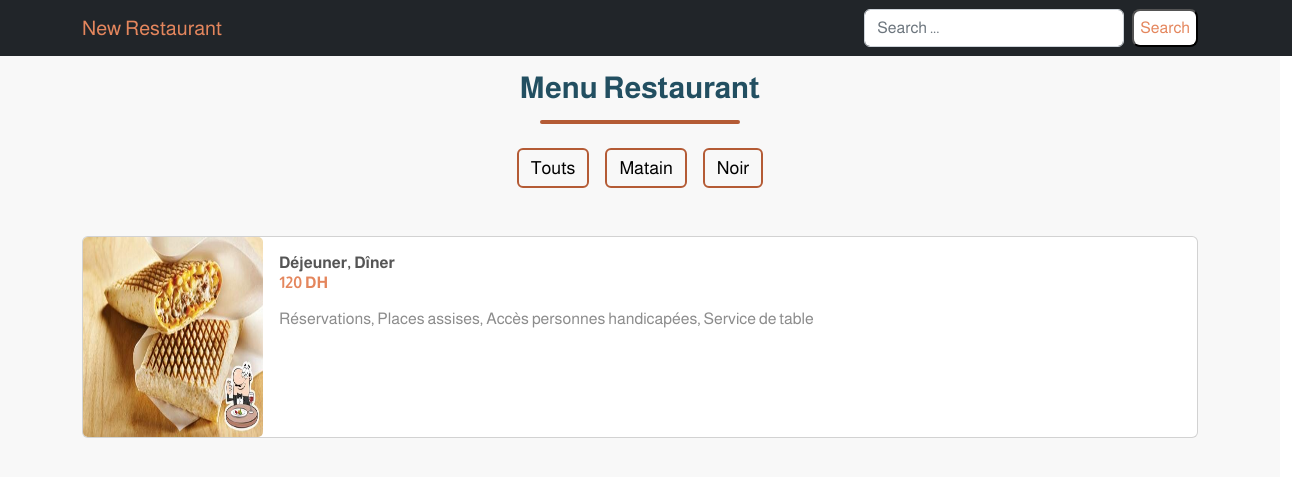
Repository: SD-Mdouka/react-table
Page: /
The author's editor kept a copy of each file at every save. The page is drawn from the files as they stood at one save, then again after the next save.
The browser window is 1280 px wide. The page is 1292 px wide, so the pictures cover 1292 px, including what lies to the right of the window. The pictures show the whole page.
The project was rebuilt for these pictures with package versions that can differ from the ones it lists, and the page was loaded fresh each time.

Above is the page before, as saved 2022-10-06 17:36:44.

After the next save:
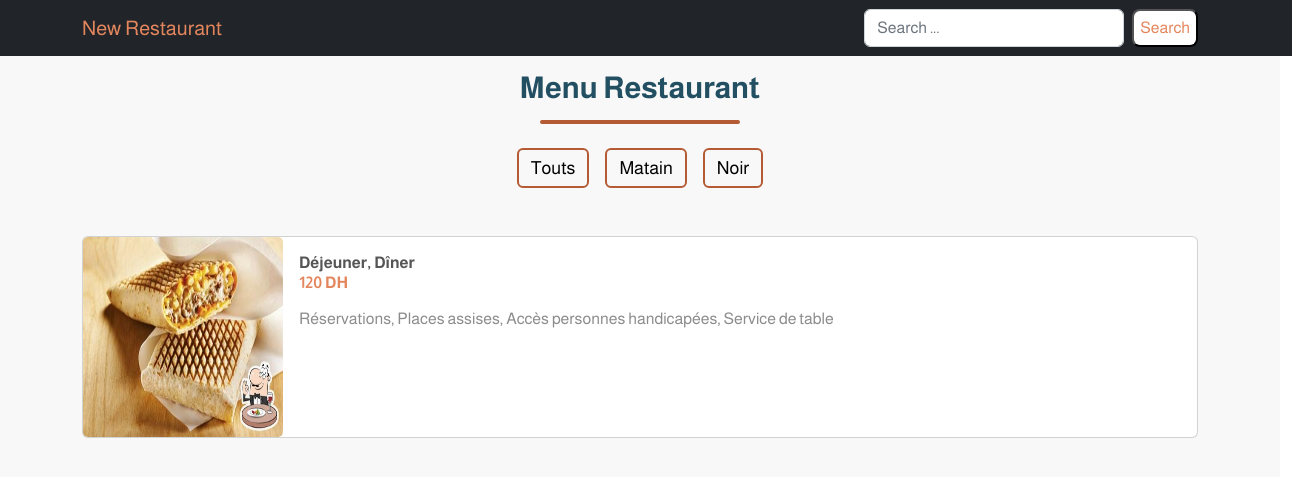
Saved 20 s later.
--- a/src/App.css
+++ b/src/App.css
@@ -56,7 +56,7 @@
 
 .img-item {
     height: 200px !important;
-    width: 180px !important;
+    width: 200px !important;
     border-radius: 5px;
 }
 
